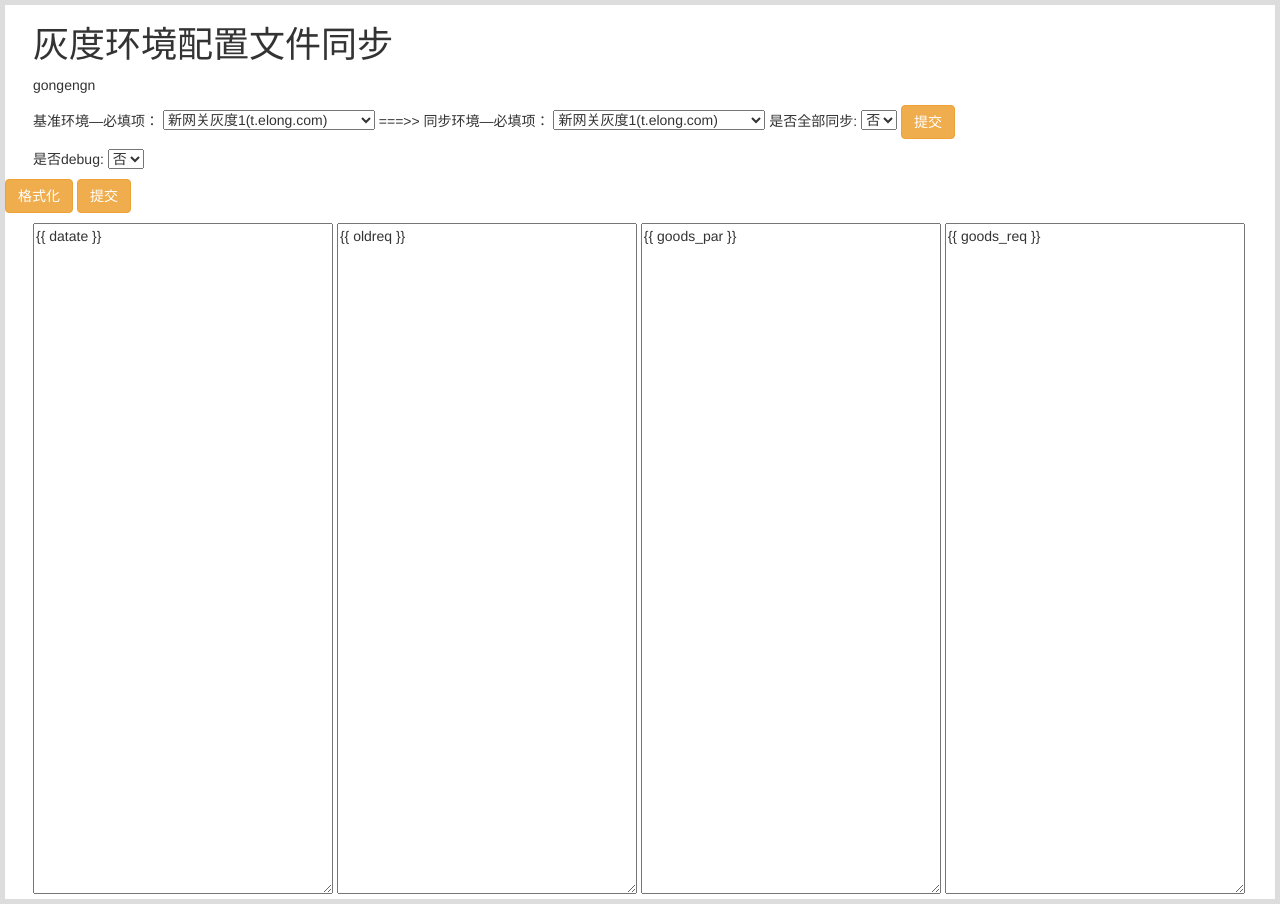
Repository: wangyanqing666/study
Page: other.html
The author's editor kept a copy of each file at every save. The page is drawn from the files as they stood at one save, then again after the next save.
The browser window is 1280 px wide. The pictures show the whole page.

Above is the page before, as saved 2020-09-28 14:14:22.

After the next save:
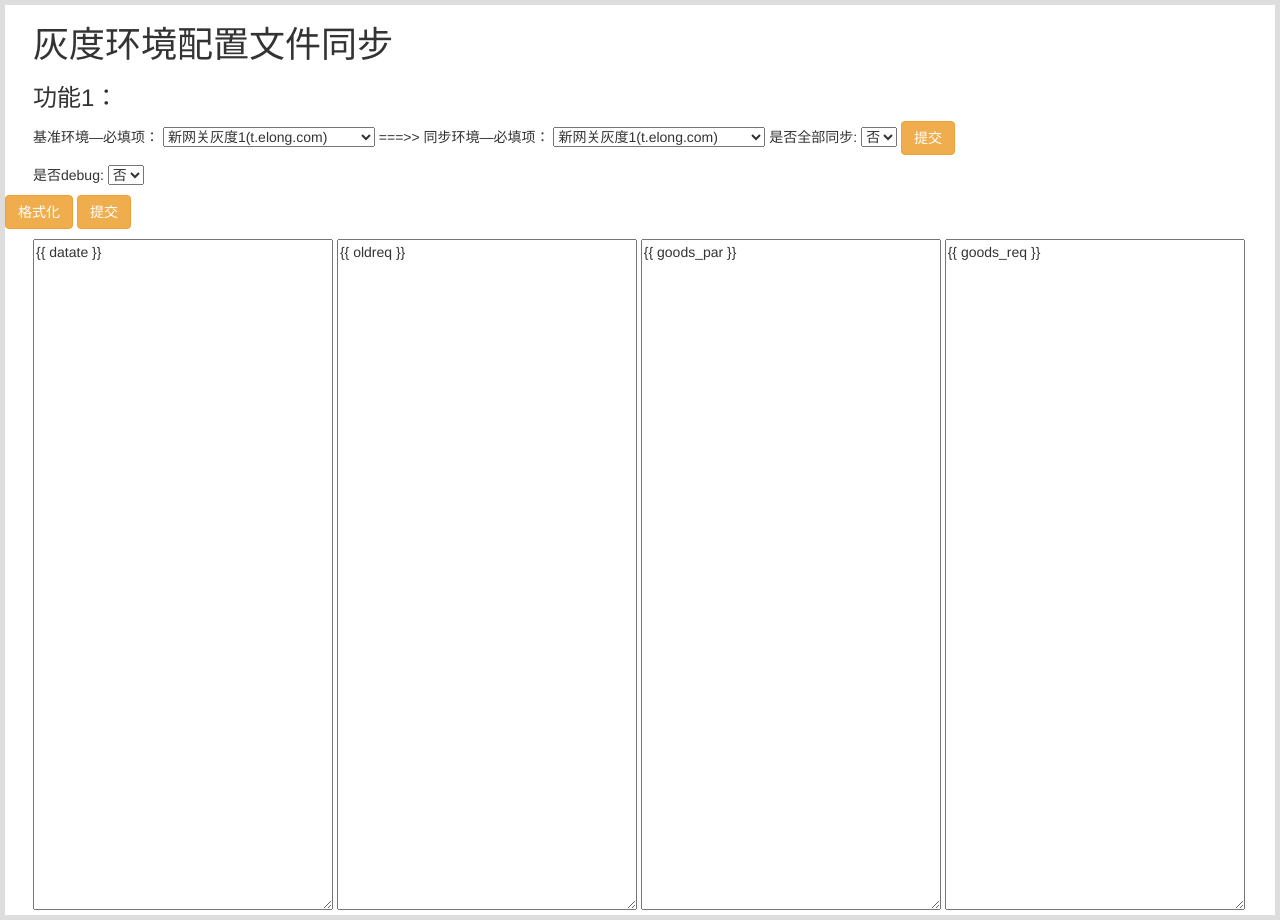
Saved 28 s later.
--- a/other.html
+++ b/other.html
@@ -125,7 +125,8 @@
 <body>
     <div style="border:5px solid #ddd ;text-indent:2em;">
         <h1>灰度环境配置文件同步</h1>
-        <div style="text-indent:2em;"> gongengn
+        <div style="text-indent:2em;">
+            <h3>功能1： </h3>
             <h5>
                 <span>基准环境—必填项：</span>
                 <select id="baseenv" name="baseenv">
